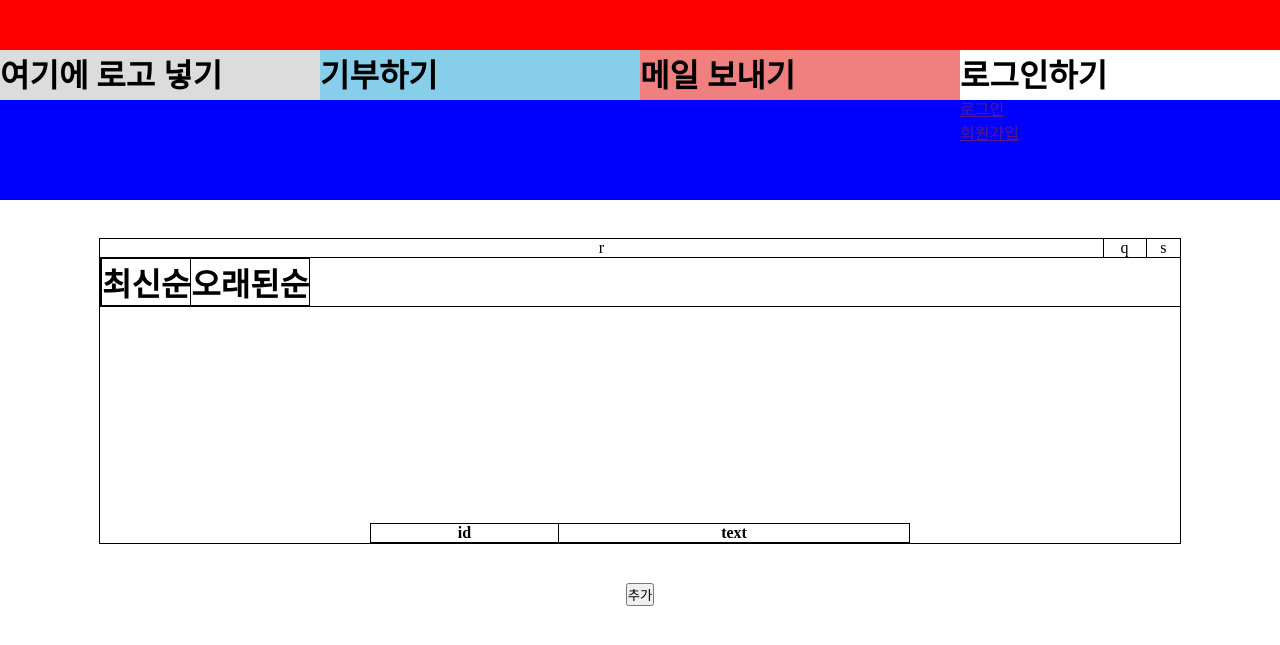
Repository: Yeojin0523/Survey
Page: http://localhost/Blog/Blog/list.jsp
These files come from the project's save history. The page is drawn as it stood at one moment and after a run of saves; the edit follows.
The browser window is 1280 px wide. The pictures show the whole page.
The page is served by Tomcat 9. The template is opened directly, without the code that normally fills it, so the values that code supplies are empty.

Above is the page before, as saved 2024-07-29 05:31:00.

After the next 2 saves:
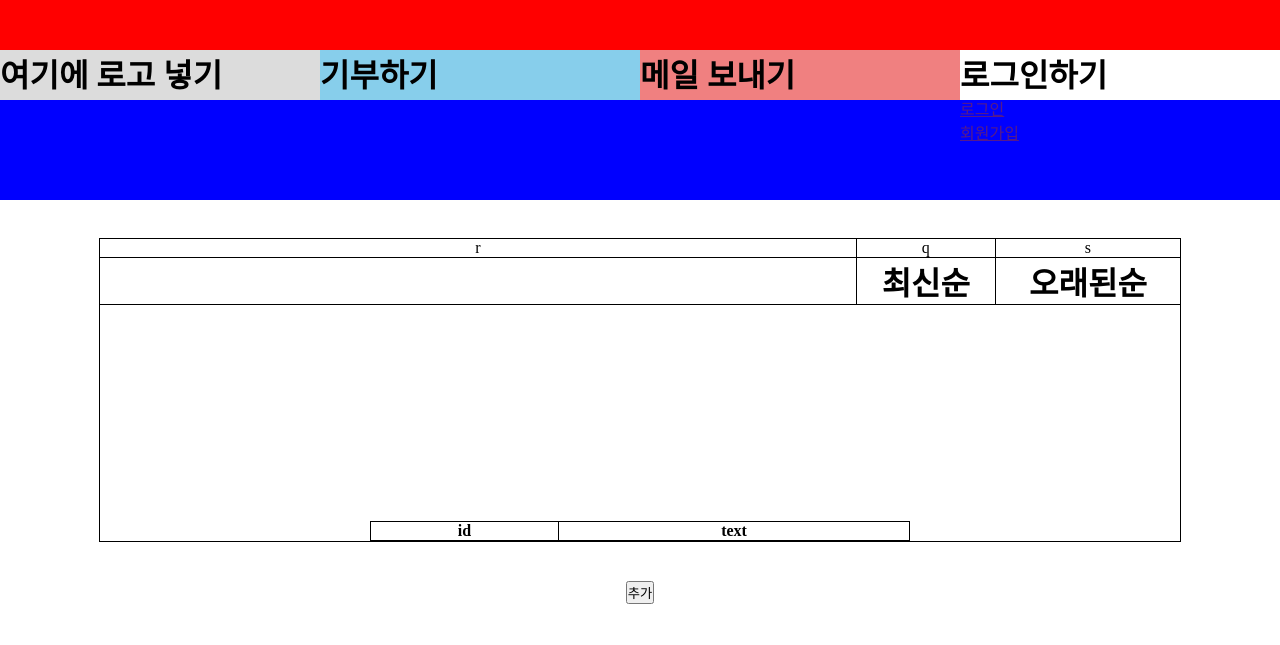
The 2 saves are shown as one change because they came seconds apart.
The last was saved 30 s later.
--- a/Blog/src/main/webapp/Blog/list.css
+++ b/Blog/src/main/webapp/Blog/list.css
@@ -68,6 +68,6 @@ table, td, th{
 	text-align: center;
 	padding:3%;
 }
-.list{
-	float:left;
+.emptySpace{
+	width:70%;
 }
